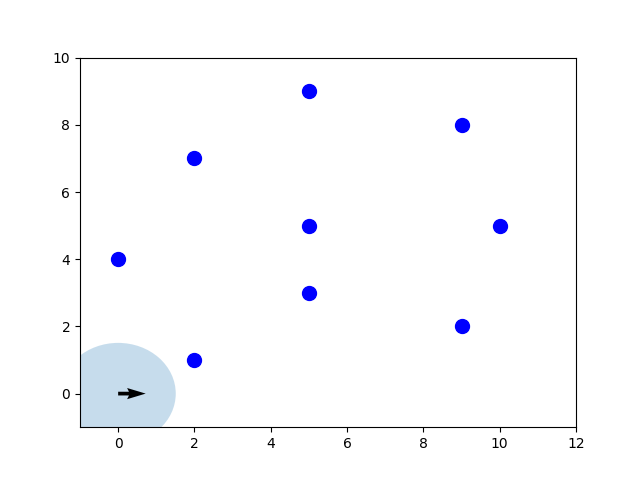
Repository: M-Usamah/Robotics
Script's output: python Project/code/kalman_filter_fill.py
These files come from the project's save history. The script's output is drawn as it stood at one moment and after the next save; the edit follows.
Animations are shown at an early frame. Random numbers start from a fixed seed.

Above is the script's output before, as saved 2021-01-16 18:40:19.
Error: NameError: name 'K' is not defined

After the next save:
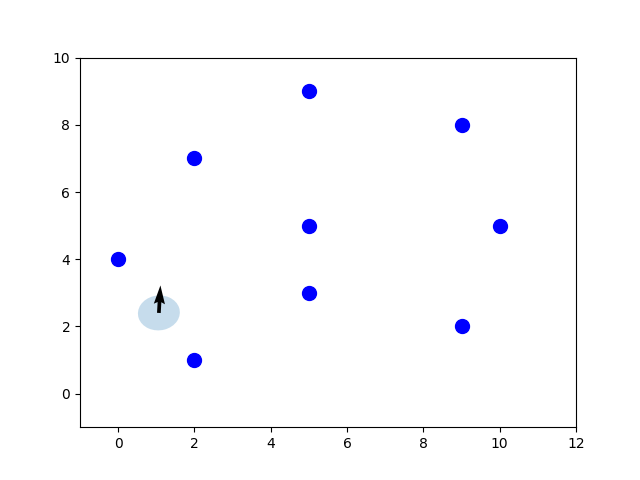
The error is gone.
Saved 3 min 27 s later.
--- a/Project/code/kalman_filter_fill.py
+++ b/Project/code/kalman_filter_fill.py
@@ -142,6 +142,7 @@ def correction_step(sensor_data, mu, sigma, landmarks):
     R = 0.5 * np.eye(len(ids))
     # Kalman gain (FILL)
     K_help = np.linalg.inv(np.dot(np.dot(H,sigma),np.transpose(H)) + R)
+    K = np.dot(np.dot(sigma,np.transpose(H)),K_help)
     # Kalman correction of mean and covariance (FILL)
     mu = mu + np.dot(K,(np.array(Z) - np.array(expected_ranges)))
     sigma = np.dot(np.eye(len(sigma)) - np.dot(K,H),sigma)
